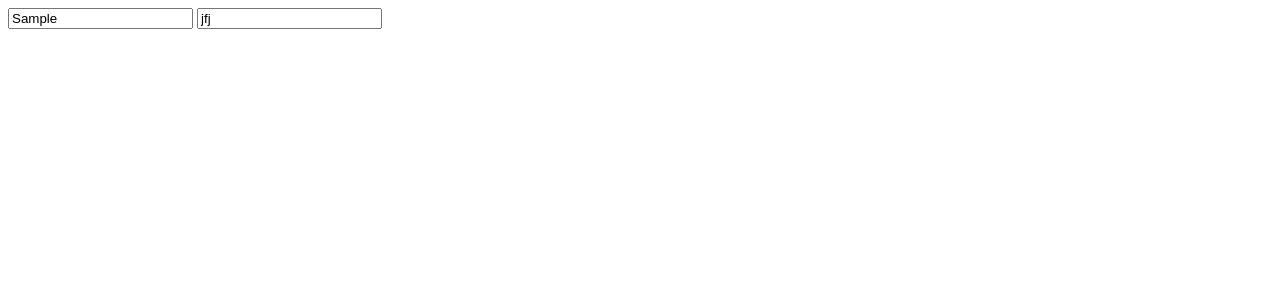
Repository: Eugene44-hub/weight-converter
Page: index.html
The author's editor kept a copy of each file at every save. The page is drawn from the files as they stood at one save, then again after the next save.
The browser window is 1280 px wide. The pictures show the whole page.
Empty fields were first filled with sample values (such as "Sample", 5 or name@example.com).
After loading, the first visible `#typed` was changed once.

Above is the page before, as saved 2021-09-19 08:22:51.

After the next save:
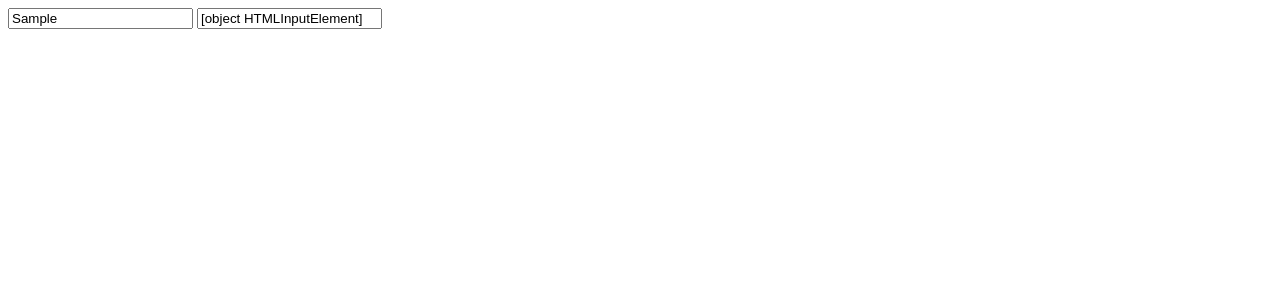
Saved 15 s later.
--- a/app.js
+++ b/app.js
@@ -4,5 +4,5 @@ let output = document.querySelector('#output');
 typed.addEventListener('input',
     e => {
         console.log(typed.value);
-        output.value = 'jfj'
+        output.value = typed
     })
